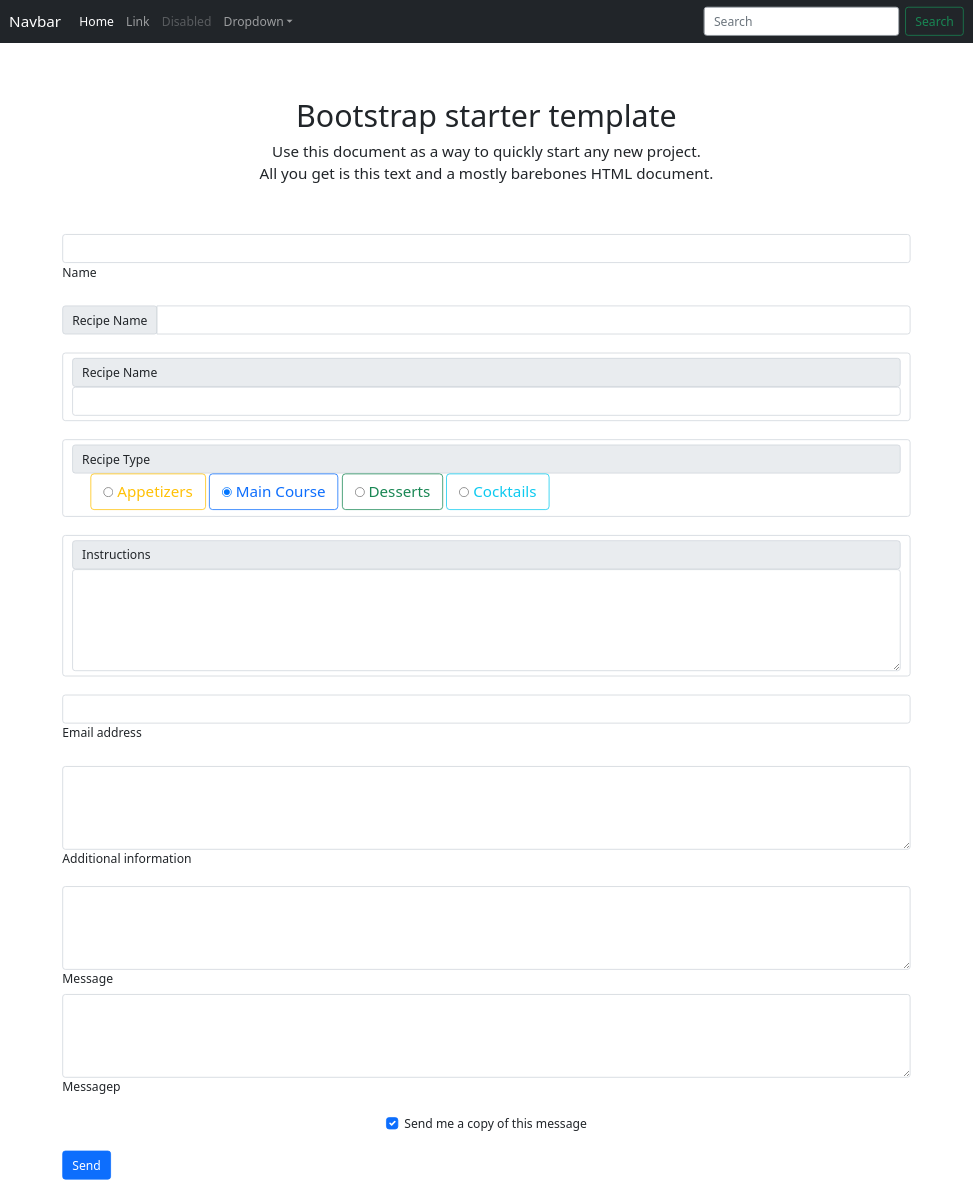
Repository: jerrywthompson/createRecipeWebpageHTML
Page: index.html
These files come from the project's save history. The page is drawn as it stood at one moment and after the next save; the edit follows.
The browser window is 1280 px wide. The pictures show the whole page, at 76% of full size.

Above is the page before, as saved 2021-02-23 22:19:56.

After the next save:
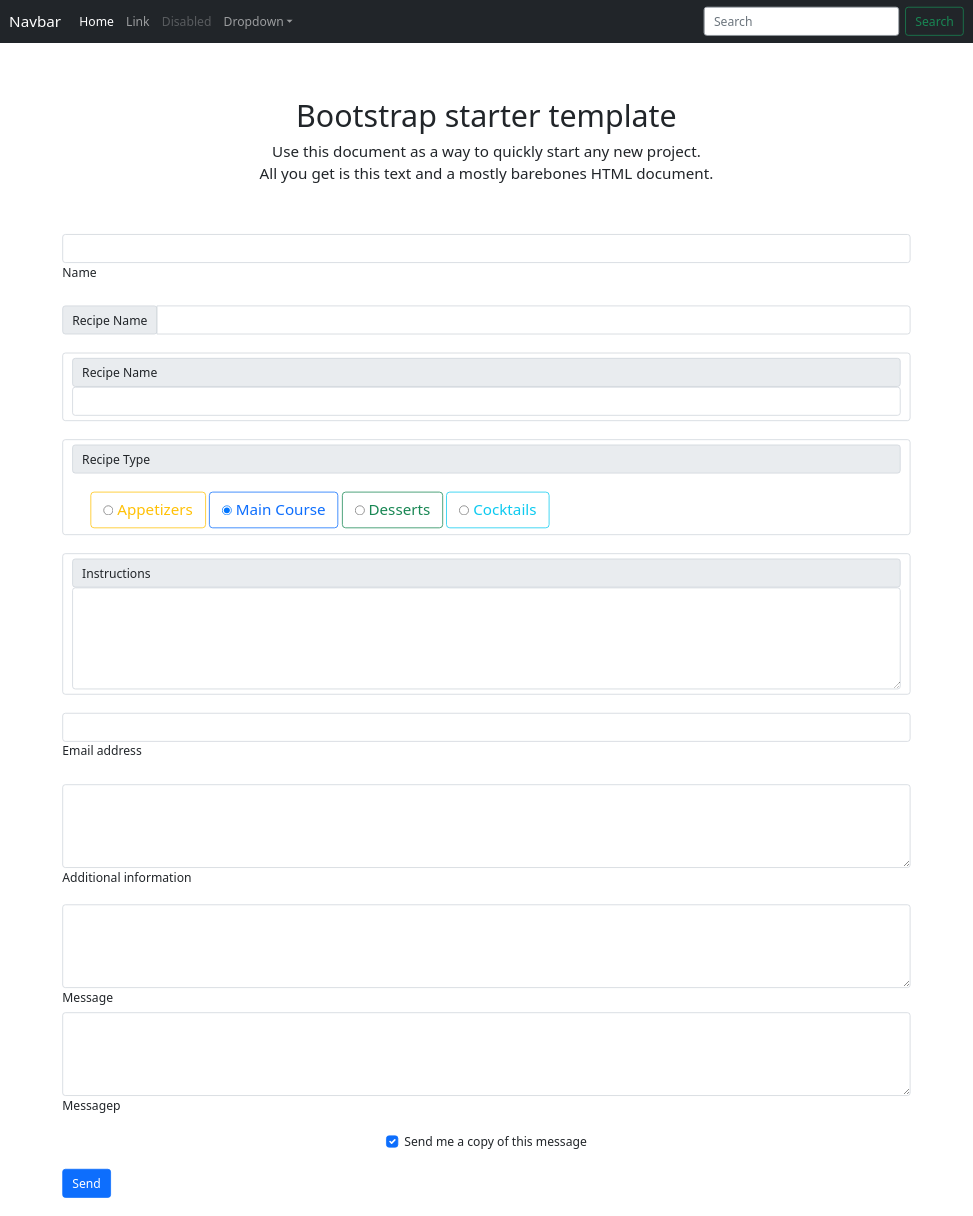
Saved 61 s later.
--- a/index.html
+++ b/index.html
@@ -104,7 +104,7 @@
                         </div>
 
                         <div class="form-control mb-4">
-                            <div class="input-group-prepend">
+                            <div class="input-group-prepend mb-4">
                                 <span class="input-group-text" id="inputGroup-sizing-default">Recipe Type</span>
                             </div>
                             <div class="form-check">
